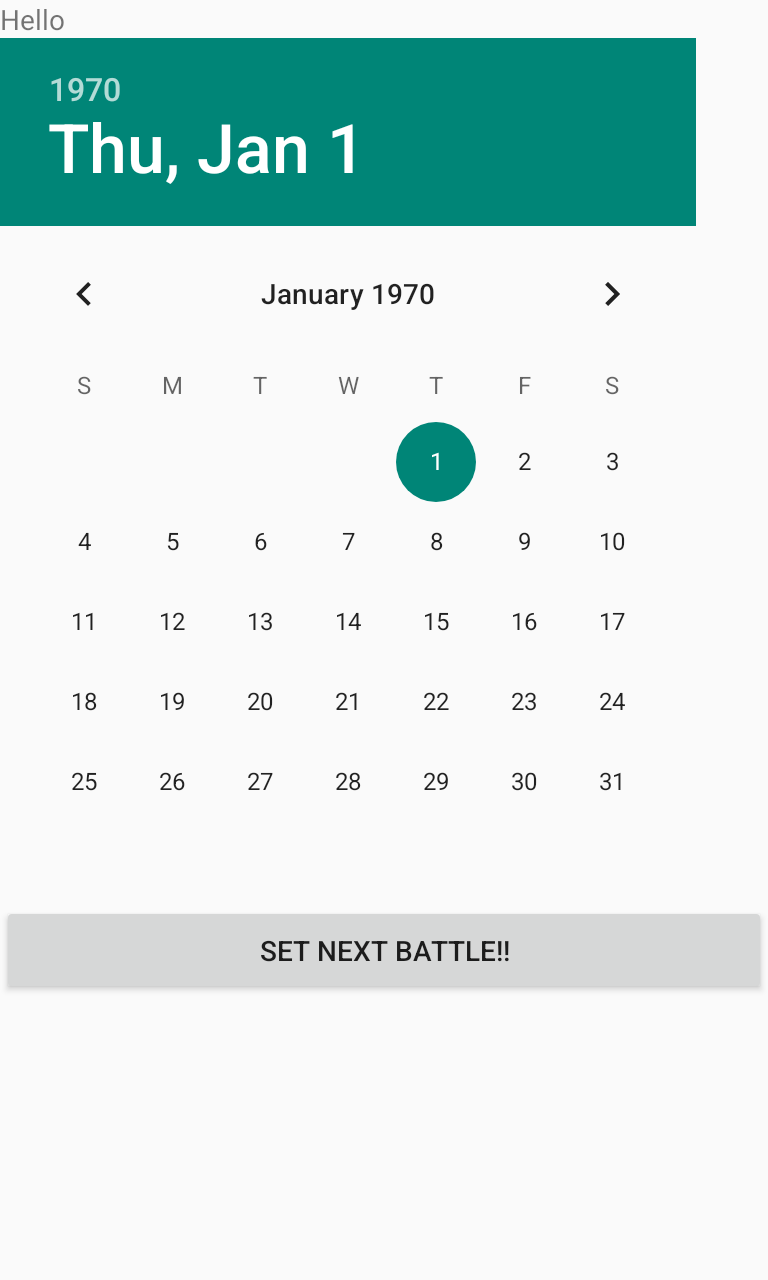
Repository: hackathon-2014/devdroid-repo
Layout: HealthyCompetition/res/layout/schedule_layout.xml
An editor plug-in stored every save of this project. The layout is shown before and after the next save, followed by the edit.
It is drawn on a 768 x 1280 px phone screen (xhdpi) without system bars, with theme AppTheme; the app's code is not run.

Above is the layout before, as saved 2014-08-24 00:06:54.

After the next save:
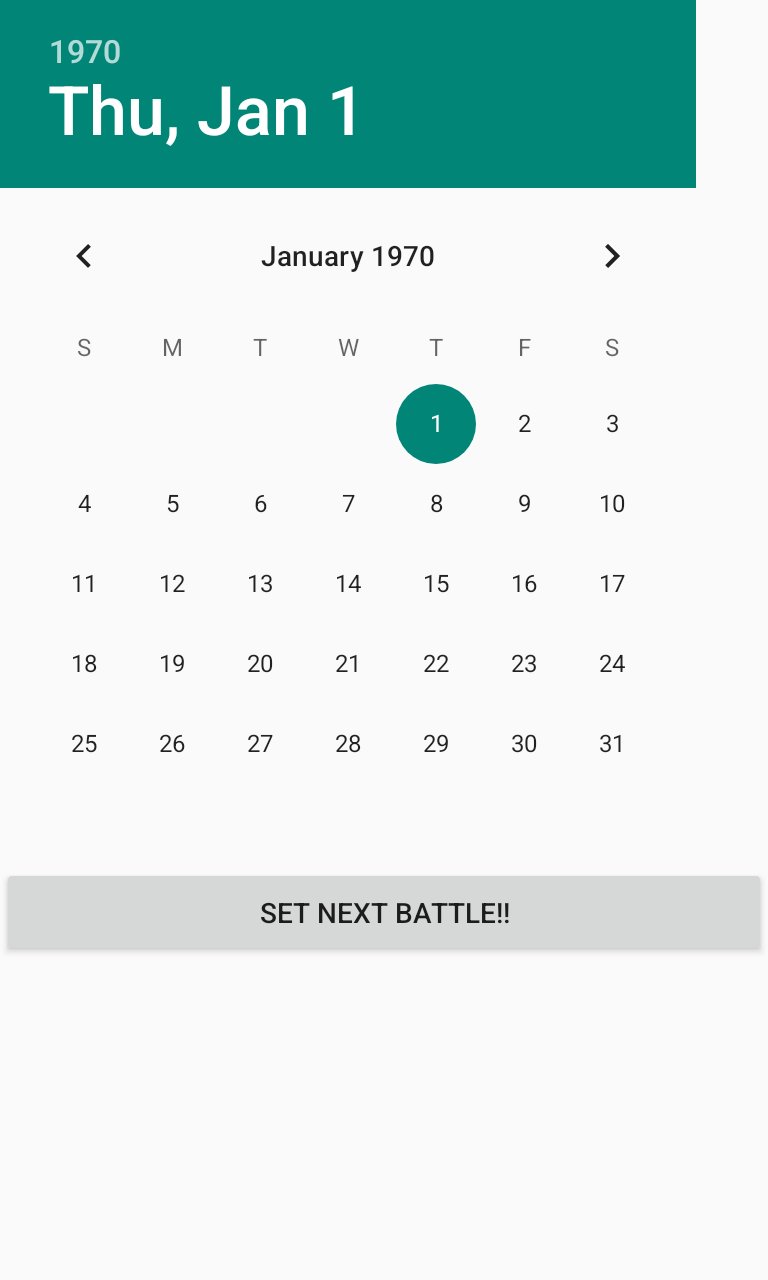
Saved 9 s later.
--- a/HealthyCompetition/res/layout/schedule_layout.xml
+++ b/HealthyCompetition/res/layout/schedule_layout.xml
@@ -3,11 +3,6 @@
     android:layout_width="fill_parent"
     android:layout_height="fill_parent"
     android:orientation="vertical" >
-
-    <TextView
-        android:layout_width="fill_parent"
-        android:layout_height="wrap_content"
-        android:text="Hello" />
 
     <DatePicker
         android:id="@+id/scheduleTimePicker"
